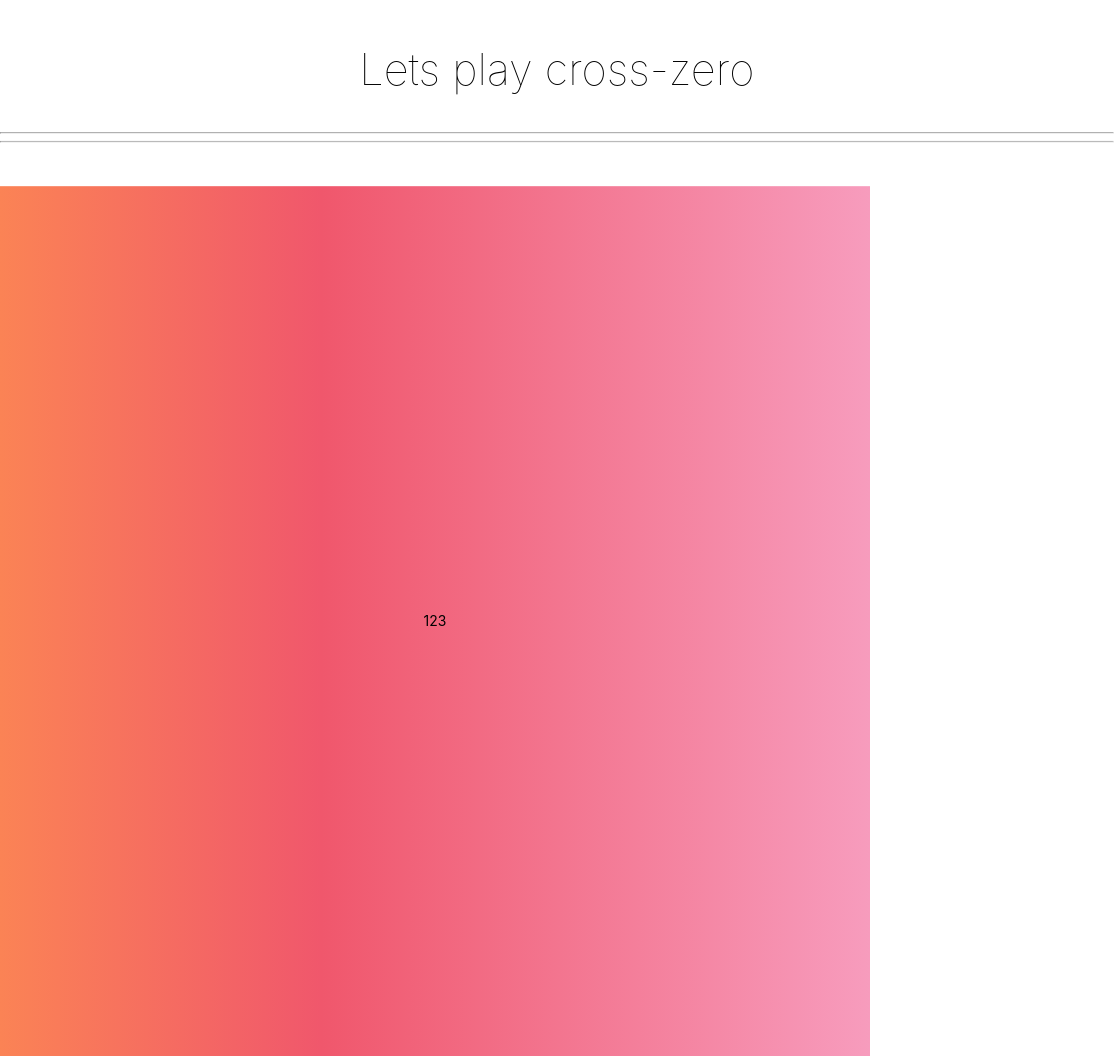
Repository: PGVlasov/cross-zero-game
Page: /
An editor plug-in stored every save of this project. The page is shown before and after the next save, followed by the edit.
The browser window is 1280 px wide. The pictures show the whole page, at 87% of full size.
The project was rebuilt for these pictures with package versions that can differ from the ones it lists, and the page was loaded fresh each time. Also part of the build but not shown: webpack.config.js, src/Containers/Field/Field.module.css, src/Containers/Field/Field.js.

Above is the page before, as saved 2020-11-26 15:39:48.

After the next save:
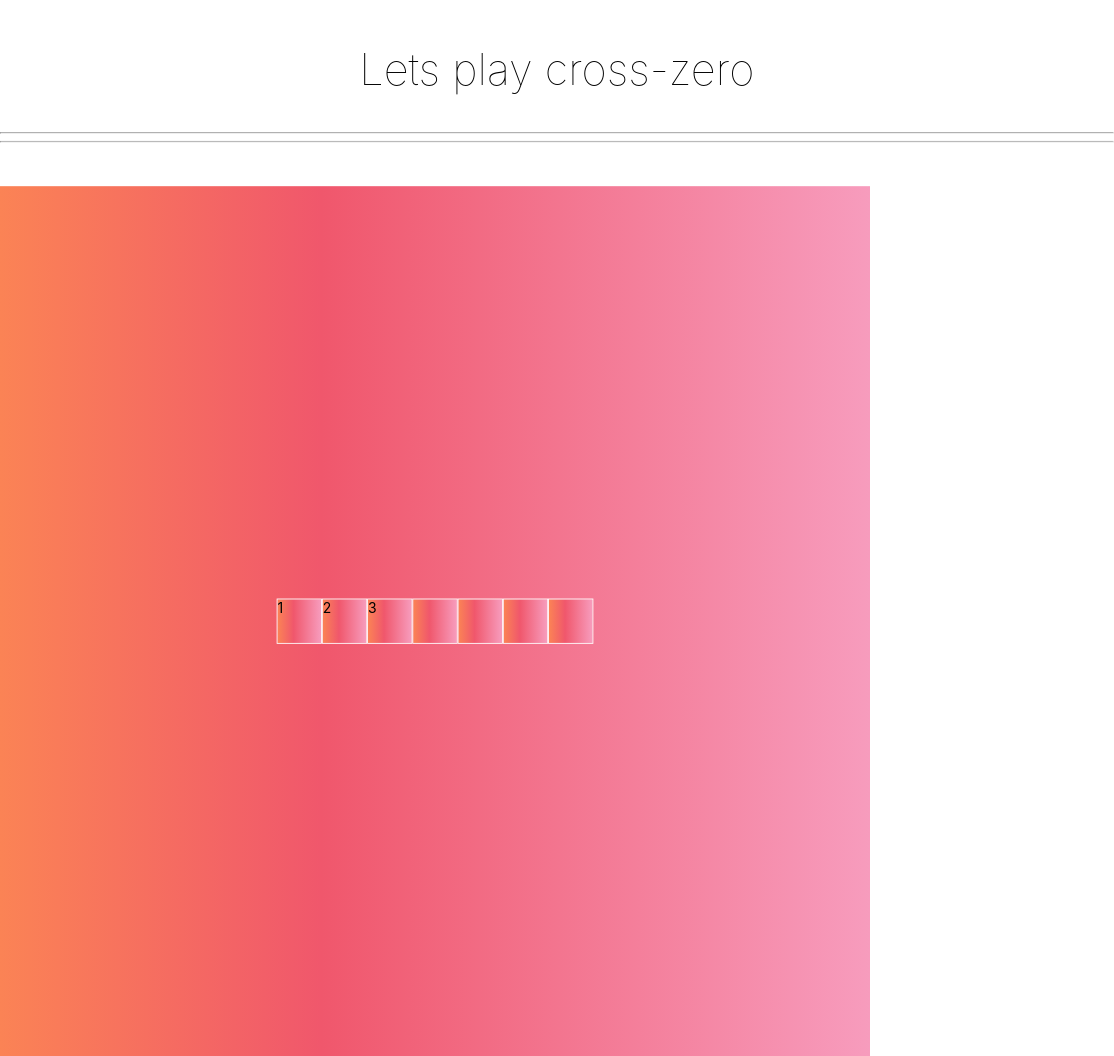
Saved 23 h 18 min later.
--- a/src/Containers/Field/Field1.module.css
+++ b/src/Containers/Field/Field1.module.css
@@ -11,7 +11,7 @@
   flex-wrap: wrap;
 }
 
-.Field1 table {
+.table {
   width: 50px;
   height: 50px;
   font-size: 500;
